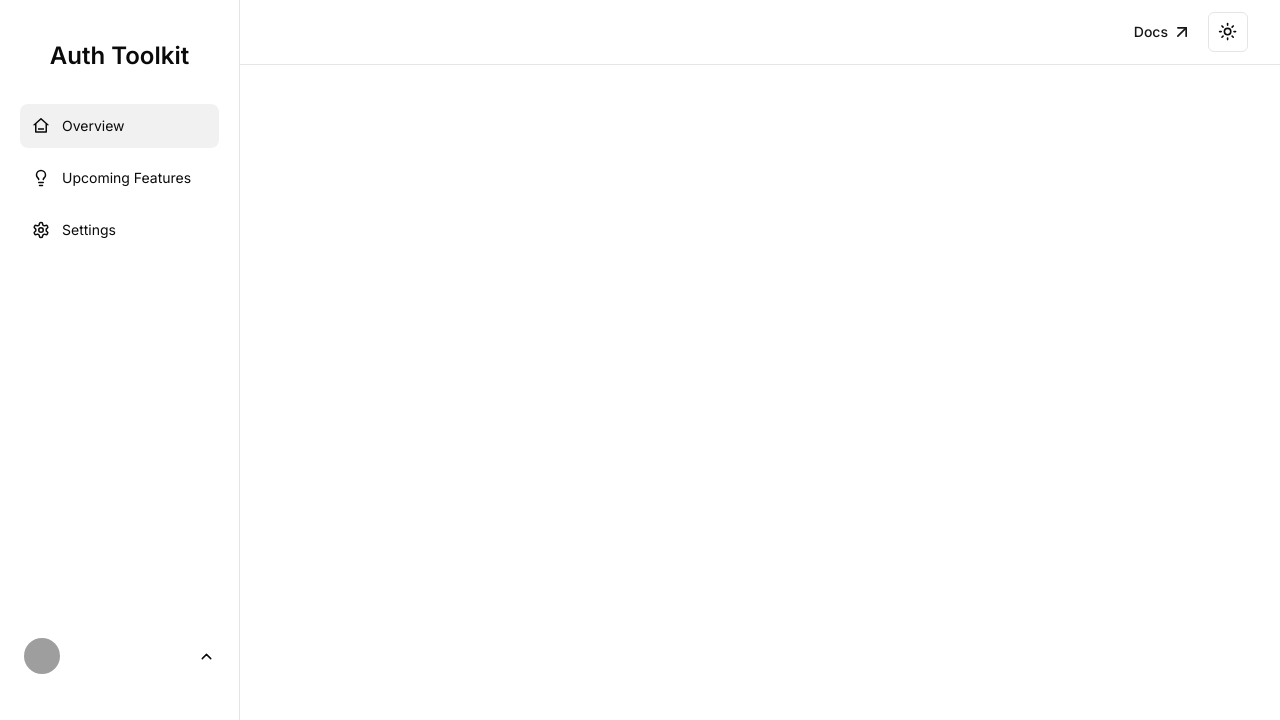
Repository: nickgoel31/authentication-toolkit
Page: /dashboard
These files come from the project's save history. The page is drawn as it stood at one moment and after the next save; the edit follows.
The browser window is 1280 px wide. The pictures show the whole page.
Pictures or frames that could not be fetched are drawn as grey boxes. The page's requests for data from a server got no answer. The project was rebuilt for these pictures with package versions that can differ from the ones it lists, and the page was loaded fresh each time. The framework's server and built-in components were replaced by stand-ins that run in the browser. No one was signed in, and anything a server would have sent is missing. Also part of the build but not shown: next.config.mjs.

Above is the page before, as saved 2024-02-05 20:38:41.

After the next save:
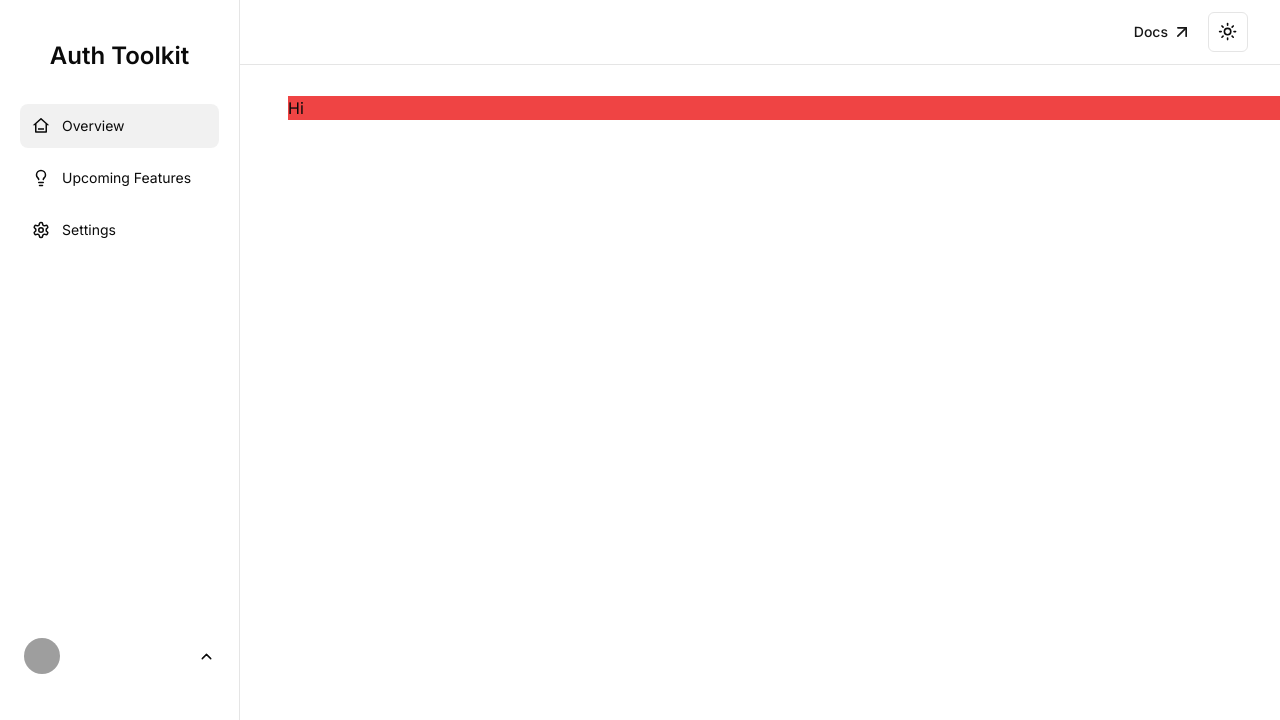
Saved 5 s later.
--- a/app/(protected)/dashboard/page.tsx
+++ b/app/(protected)/dashboard/page.tsx
@@ -6,7 +6,7 @@ const DashboardPage = async () => {
 
   return (
     <div className='h-full bg-red-500 w-full'>
-
+        Hi
     </div>
   )
 }
